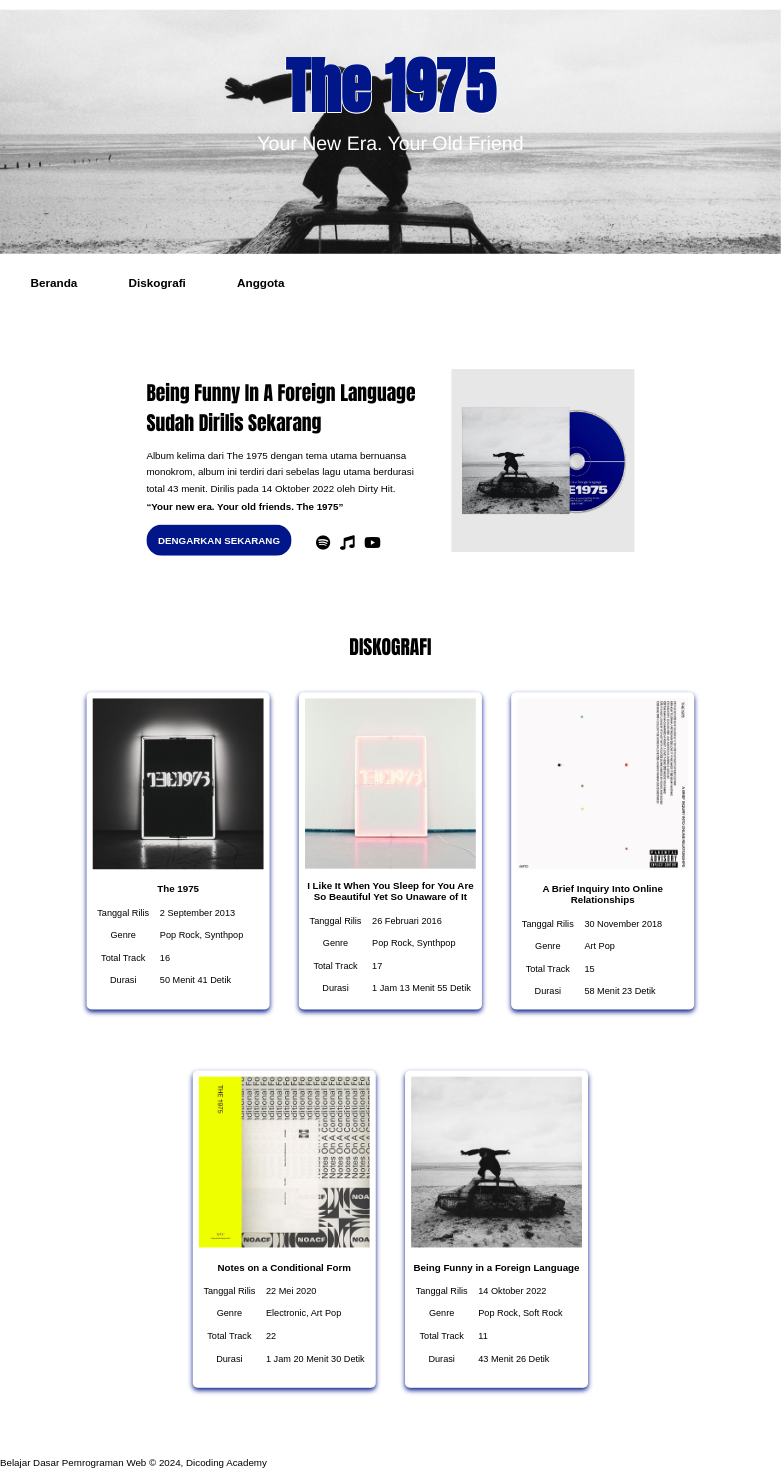
Repository: dikiyuda-1904/the-1975-html-css-landing-page
Page: index.html
The author's editor kept a copy of each file at every save. The page is drawn from the files as they stood at one save, then again after the next save.
The browser window is 1280 px wide. The pictures show the whole page, at 61% of full size.

Above is the page before, as saved 2024-09-30 22:59:40.

### index.html
<!DOCTYPE html>
<html lang="en">
  <head>
    <meta charset="UTF-8" />
    <meta name="viewport" content="width=device-width, initial-scale=1.0" />
    <title>The 1975</title>

    <!-- CSS -->
    <link rel="stylesheet" href="css/app.css" />

    <!-- Google Fonts -->
    <link rel="preconnect" href="https://fonts.googleapis.com" />
    <link rel="preconnect" href="https://fonts.gstatic.com" crossorigin />
    <link
      href="https://fonts.googleapis.com/css2?family=Anton&family=Open+Sans:ital,wght@0,300..800;1,300..800&display=swap"
      rel="stylesheet"
    />

    <!-- Font Awesome -->
    <link
      rel="stylesheet"
      href="https://cdnjs.cloudflare.com/ajax/libs/font-awesome/5.15.4/css/all.min.css"
      integrity="sha512-1ycn6IcaQQ40/MKBW2W4Rhis/DbILU74C1vSrLJxCq57o941Ym01SwNsOMqvEBFlcgUa6xLiPY/NS5R+E6ztJQ=="
      crossorigin="anonymous"
      referrerpolicy="no-referrer"
    />
  </head>
  <body>
    <header class="navbar-container">
      <div class="jumbotron">
        <h1>The 1975</h1>
        <p>Your New Era. Your Old Friend</p>
      </div>

      <nav class="nav-list">
        <ul>
          <li><a href="#beranda">Beranda</a></li>
          <li><a href="#diskografi">Diskografi</a></li>
          <li><a href="#anggota">Anggota</a></li>
        </ul>
      </nav>
    </header>

    <main>
      <div class="content">
        <article id="beranda">
          <div class="content-beranda">
            <div class="content-description">
              <h1 class="title">
                Being Funny In A Foreign Language Sudah Dirilis Sekarang
              </h1>
              <p>
                Album kelima dari The 1975 dengan tema utama bernuansa monokrom,
                album ini terdiri dari sebelas lagu utama berdurasi total 43
                menit. Dirilis pada 14 Oktober 2022 oleh Dirty Hit.<br /><q
                  >Your new era. Your old friends. The 1975</q
                >
              </p>
            </div>
            <div class="content-image">
              <img
                src="./img/album-cover.webp"
                alt="Being Funny In A Foreign Language"
              />
            </div>
          </div>

          <div class="platform">
            <div class="button-platform">
              <button>Dengarkan Sekarang</button>
              <div class="music-platform">
                <ul>
                  <li>
                    <a href="#"><i class="fab fa-spotify"></i></a>
                  </li>
                  <li>
                    <a href="#"><i class="fa fa-music"></i></a>
                  </li>
                  <li>
                    <a href="#"><i class="fab fa-youtube"></i></a>
                  </li>
                </ul>
              </div>
            </div>
          </div>
        </article>

        <article id="diskografi">
          <div class="title">
            <h1>DISKOGRAFI</h1>
          </div>
          <div class="card-container">
            <div class="card">
              <div class="card-image">
                <img
                  src="./img/album-the-1975.jpg"
                  alt="The 1975 Album Cover Art"
                />
              </div>
              <div class="card-content">
                <h3>The 1975</h3>
                <div class="detail-content">
                  <span class="detail-title">Tanggal Rilis</span>
                  <span class="detail-value">2 September 2013</span>
                </div>
                <div class="detail-content">
                  <span class="detail-title">Genre</span>
                  <span class="detail-value">Pop Rock, Synthpop</span>
                </div>
                <div class="detail-content">
                  <span class="detail-title">Total Track</span>
                  <span class="detail-value">16</span>
                </div>
                <div class="detail-content">
                  <span class="detail-title">Durasi</span>
                  <span class="detail-value">50 Menit 41 Detik</span>
                </div>
              </div>
            </div>
            <div class="card">
              <img
                src="./img/album-2-cover.jpg"
                alt="The 1975 Album Cover Art"
              />
              <div class="card-content">
                <h3>
                  I Like It When You Sleep for You Are So Beautiful Yet So
                  Unaware of It
                </h3>
                <div class="detail-content">
                  <span class="detail-title">Tanggal Rilis</span>
                  <span class="detail-value">26 Februari 2016</span>
                </div>
                <div class="detail-content">
                  <span class="detail-title">Genre</span>
                  <span class="detail-value">Pop Rock, Synthpop</span>
                </div>
                <div class="detail-content">
                  <span class="detail-title">Total Track</span>
                  <span class="detail-value">17</span>
                </div>
                <div class="detail-content">
                  <span class="detail-title">Durasi</span>
                  <span class="detail-value">1 Jam 13 Menit 55 Detik</span>
                </div>
              </div>
            </div>
            <div class="card">
              <div class="card-image">
                <img src="./img/album-3-cover.jpg" alt="The 1975 Cover Art" />
              </div>
              <div class="card-content">
                <h3>A Brief Inquiry Into Online Relationships</h3>
                <div class="detail-content">
                  <span class="detail-title">Tanggal Rilis</span>
                  <span class="detail-value">30 November 2018</span>
                </div>
                <div class="detail-content">
                  <span class="detail-title">Genre</span>
                  <span class="detail-value">Art Pop</span>
                </div>
                <div class="detail-content">
                  <span class="detail-title">Total Track</span>
                  <span class="detail-value">15</span>
                </div>
                <div class="detail-content">
                  <span class="detail-title">Durasi</span>
                  <span class="detail-value">58 Menit 23 Detik</span>
                </div>
              </div>
            </div>
            <div class="card">
              <div class="card-image">
                <img src="./img/album-4-cover.jpg" alt="The 1975 Cover Art" />
              </div>
              <div class="card-content">
                <h3>Notes on a Conditional Form</h3>
                <div class="detail-content">
                  <span class="detail-title">Tanggal Rilis</span>
                  <span class="detail-value">22 Mei 2020</span>
                </div>
                <div class="detail-content">
                  <span class="detail-title">Genre</span>
                  <span class="detail-value">Electronic, Art Pop</span>
                </div>
                <div class="detail-content">
                  <span class="detail-title">Total Track</span>
                  <span class="detail-value">22</span>
                </div>
                <div class="detail-content">
                  <span class="detail-title">Durasi</span>
                  <span class="detail-value"> 1 Jam 20 Menit 30 Detik</span>
                </div>
              </div>
            </div>
            <div class="card">
              <div class="card-image">
                <img src="./img/album-5-cover.jpg" alt="The 1975 Cover Art" />
              </div>
              <div class="card-content">
                <h3>Being Funny in a Foreign Language</h3>
                <div class="detail-content">
                  <span class="detail-title">Tanggal Rilis</span>
                  <span class="detail-value">14 Oktober 2022</span>
                </div>
                <div class="detail-content">
                  <span class="detail-title">Genre</span>
                  <span class="detail-value">Pop Rock, Soft Rock</span>
                </div>
                <div class="detail-content">
                  <span class="detail-title">Total Track</span>
                  <span class="detail-value">11</span>
                </div>
                <div class="detail-content">
                  <span class="detail-title">Durasi</span>
                  <span class="detail-value">43 Menit 26 Detik</span>
                </div>
              </div>
            </div>
          </div>
        </article>
      </div>
    </main>

    <aside></aside>

    <footer>
      <p>Belajar Dasar Pemrograman Web &#169; 2024, Dicoding Academy</p>
    </footer>
  </body>
</html>

### css/app.css
*,
*::after,
*::before {
  box-sizing: border-box;
  padding: 0;
  margin: 0;
}

body {
  font-family: "New Amsterdam", Arial, Helvetica, sans-serif;

  height: 100vh;
  margin: 0;

  display: flex;
  flex-direction: column;
}

header {
  width: 100%;
}

header.navbar-container {
  width: 100%;

  padding-block: 1rem;

  display: flex;
  flex-direction: column;
  align-items: center;
}

.jumbotron {
  width: 100%;
  background-image: url("../img/the-1975-bfiafl.jpg");
  background-position: 0 center;
  background-size: cover;
  padding: 50px 20px;
  text-align: center;
  height: 400px;
}

header h1 {
  font-family: "Anton", "Open Sans", Helvetica, Arial, sans-serif;
  font-size: 100px;
  color: #001689;
  text-shadow: -1px -1px 0 white, 1px -1px 0 white, -1px 1px 0 white,
    1px 1px 0 white;
}

header p {
  font-family: Helvetica, Arial, sans-serif;
  color: white;
  font-size: 2rem;
}

header.navbar-container .nav-list ul {
  display: flex;
  gap: 3rem;
  padding: 2rem;
}

header.navbar-container .nav-list li {
  list-style-type: none;
  font-size: 25px;
}

.nav-list {
  width: 100%;
}

.nav-list li a {
  font-family: Arial, Helvetica, sans-serif;
  font-weight: bolder;
  font-size: 1.2rem;
  padding: 0.5rem 1rem;
  color: black;
  text-decoration: none;

  border-radius: 999px;
  border: 2px solid transparent;

  transition: all 0.2s ease-in-out;
}

.nav-list li:hover a {
  color: #001689;
  border: 2px solid #001689;
}

main {
  flex: 1;

  width: 100%;
  max-width: 1200px;
  margin-inline: auto;
  padding: 2rem 4rem;
  margin-top: 3rem;
  display: flex;
  flex-direction: column;
  align-items: center;
}

main .content {
  flex: 1;

  display: flex;
  justify-content: center;
  flex-wrap: wrap;
  margin-bottom: 2rem;
}

main .content .content-beranda {
  display: flex;
}
main .content .content-description {
  flex: 1 1;
}

main .content .content-description .title {
  font-family: "Anton", "Open Sans", Helvetica, Arial, sans-serif;
  font-size: 2rem;
  font-weight: 400;
  color: black;
  line-height: 1.5;

  width: 500px;
  margin-block: 1rem;
}

main .content .content-description p {
  font-family: Arial, Helvetica, sans-serif;
  font-size: 16px;
  text-align: start;
  line-height: 1.7;

  max-width: 450px;
}

main .content .content-description q {
  font-weight: 600;
  line-height: 2;
}

main .content .content-image {
  display: flex;
  flex: 1;
}

main .content .content-image img {
  width: 300px;
  min-width: 200px;
  margin: auto;
}

main .content .platform {
  display: flex;
  flex-direction: column;
}

main .content .button-platform button {
  padding: 1rem 1rem;
  border: 3px solid transparent;
  border-radius: 999px;
  margin-block-start: -45px;
  height: 3.2rem;

  display: flex;
  align-items: center;
  gap: 1rem;

  background-color: #001689;

  font-family: Arial, Helvetica, sans-serif;
  text-transform: uppercase;
  font-size: 1rem;
  font-weight: 700;
  color: white;

  white-space: nowrap;

  cursor: pointer;
  transition: all 0.15s ease-in;
}

main .content .button-platform button:hover {
  border: 3px solid #001689;
  background-color: transparent;

  color: #001689;
}

main .content .button-platform {
  display: flex;
}

main .content .music-platform {
  width: 100%;
  display: flex;
}

main .content .music-platform ul {
  display: flex;
  align-items: center;
  margin: 1rem 1.5rem;
  padding: 1rem;
  gap: 1rem;
  margin-block-start: -45px;
}

main .content .music-platform li {
  list-style-type: none;
}

main .content .music-platform li a {
  font-size: 1.5rem;
  color: black;
}

#diskografi {
  margin-top: 100px;
}

.title h1 {
  font-family: "Anton", Helvetica, Arial, sans-serif;
  font-size: 2rem;
  font-weight: 400;
  text-align: center;
}

.card-container {
  display: flex;
  flex-wrap: wrap;
  justify-content: center;
  max-width: 1200px;
}

.card {
  display: flex;
  flex-direction: column;
  background-color: white;
  border-radius: 8px;
  box-shadow: 0 4px 8px #001689;
  overflow: hidden;
  width: 300px;
  height: 520px;
  text-align: center;
  margin: 50px 1.5rem;
  transition: transform 0.3s ease-in-out;
}

.card:hover {
  transform: translateY(-10px);
}

.card img {
  padding: 10px;
  width: 100%;
  height: auto;
  overflow: hidden;
}

.card .card-content h3 {
  font-family: Arial, Helvetica, sans-serif;
  font-size: 1rem;
  font-weight: 700;
  padding: 10px;
}

.card-container .card .card-content .detail-content {
  display: flex;
  padding: 10px;
  gap: 10px;
  font-size: 15px;
}

.detail-content .detail-title {
  width: 100px;
}

After the next save:
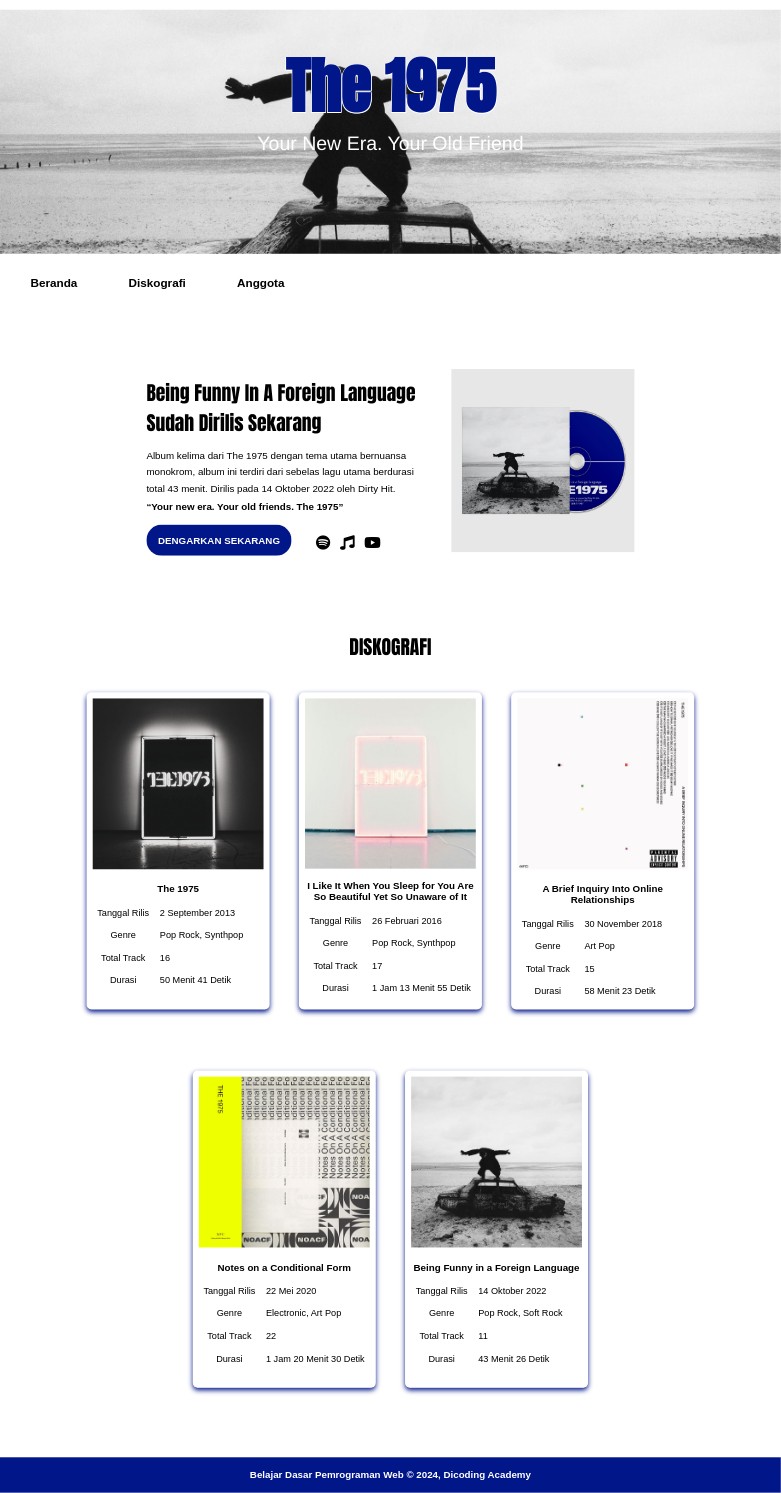
Saved 81 s later.
--- a/css/app.css
+++ b/css/app.css
@@ -277,3 +277,18 @@
 .detail-content .detail-title {
   width: 100px;
 }
+
+footer {
+  padding: 20px;
+  color: white;
+  background-color: #001689;
+  text-align: center;
+  font-weight: bold;
+}
+/* footer {
+  padding: 20px;
+  color: white;
+  background-color: #00a2cb;
+  text-align: center;
+  font-weight: bold;
+} */
